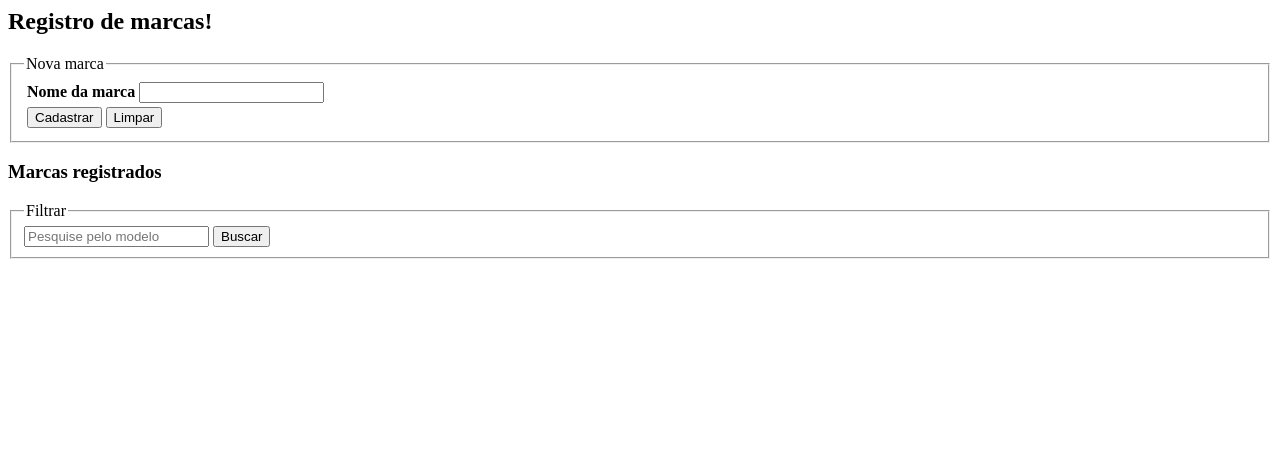
Repository: AndreiLGomes/faculdade
Page: ProjetoTrilhaWeb2/src/main/webapp/js/index.html
These files come from the project's save history. The page is drawn as it stood at one moment and after the next save; the edit follows.
The browser window is 1280 px wide. The pictures show the whole page.

Above is the page before, as saved 2024-11-13 23:13:58.
Console error: ReferenceError: $ is not defined

### ProjetoTrilhaWeb2/src/main/webapp/js/index.html
<script src="../../js/marca.js"></script>
<h2>Registro de marcas!</h2>
<form name="frmAddMarca" id="addMarca" class="frmInserir">
	<fieldset>
		<legend>Nova marca</legend>
		<table>
			<tr>
				<th>Nome da marca</th>
				<td>
					<input type="text" name="nome">
				</td>
			</tr>

			<tr>
				<td colspan="2">
				<button type="button" onclick="COLDIGO.marca.cadastrar()">Cadastrar</button>
				<button type="reset">Limpar</button>
				</td>
			</tr>
		</table>
	</fieldset>
</form>

<h3>Marcas registrados</h3>
<form id="filtrarMarca" class="frmFiltrar">
	<fieldset>
		<legend>Filtrar</legend>
		<input type="text" name="txtbusca" id="campoBuscamMarca" placeholder="Pesquise pelo modelo">
		<button type="button" onclick="COLDIGO.marca.buscar()">Buscar</button>
	</fieldset>
</form>

### ProjetoTrilhaWeb2/src/main/webapp/js/marca.js
// Certifique-se de que COLDIGO existe e defina o objeto marca
var COLDIGO = COLDIGO || {};
COLDIGO.marca = new Object();

$(document).ready(function(){
	COLDIGO.marca.cadastrar = function(){
		var marca = new Object();
		marca.nome = document.frmAddMarca.nome.value;  // Nome do formulário correto

		console.log("aqui a marca " + marca.nome);

		if (marca.nome == "") {
			COLDIGO.exibirAviso("Preencha todos os campos!");
		} else {
			$.ajax({
				type: "POST",
				url: COLDIGO.PATH + "marca/inserir",
				data: JSON.stringify(marca),
				success: function(msg){
					COLDIGO.exibirAviso(msg);
					$("#addMarca").trigger("reset"); // Reset no formulário correto
				},
				error: function(info){
					COLDIGO.exibirAviso("Erro ao cadastrar uma nova marca: " + info.status + " - " + info.statusText);
				}
			});
		}
	};
});

After the next save:
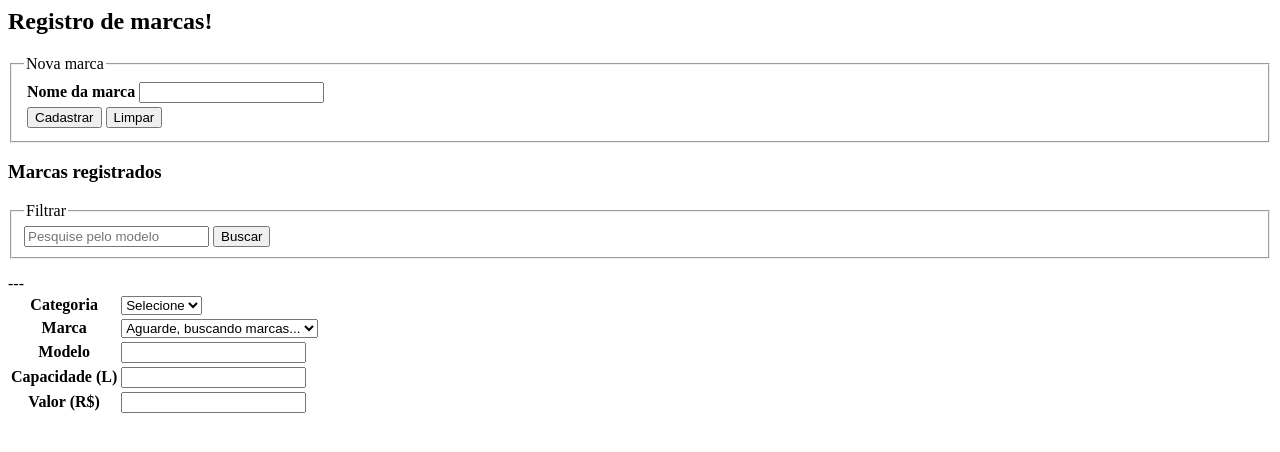
Saved 111 s later.
--- a/ProjetoTrilhaWeb2/src/main/webapp/js/index.html
+++ b/ProjetoTrilhaWeb2/src/main/webapp/js/index.html
@@ -29,3 +29,52 @@
 		<button type="button" onclick="COLDIGO.marca.buscar()">Buscar</button>
 	</fieldset>
 </form>
+
+
+
+<div id="listaMarcas" class="listaRegistros">
+</div>
+---
+<div id="modalEditaMarca" class="modalEditar">
+    <form name="frmEditaProduto" id="editaProduto" class="frmEditar">
+        <table>
+            <tr>
+                <th>Categoria</th>
+                <td>
+                    <select name="categoria" id="selCategoriaEdicao">
+                        <option value="">Selecione</option>
+                        <option value="1">Geladeira</option>
+                        <option value="2">Freezer</option>
+                    </select>
+                </td>
+            </tr>
+            <tr>
+                <th>Marca</th>
+                <td>
+                    <select name="marcaId" id="selMarcaEdicao">
+                        <option value="" class="buscando">Aguarde, buscando marcas...</option>
+                    </select>
+                </td>
+            </tr>
+            <tr>
+                <th>Modelo</th>
+                <td>
+                    <input type="text" name="modelo">
+                </td>
+            </tr>
+    <tr>
+    <th>Capacidade (L)</th>
+    <td>
+        <input type="text" name="capacidade">
+    </td>
+</tr>
+<tr>
+    <th>Valor (R$)</th>
+    <td>
+        <input type="text" name="valor">
+    </td>
+		</tr>
+	</table>
+		<input type="hidden" name="idProduto">
+	</form>
+</div>
